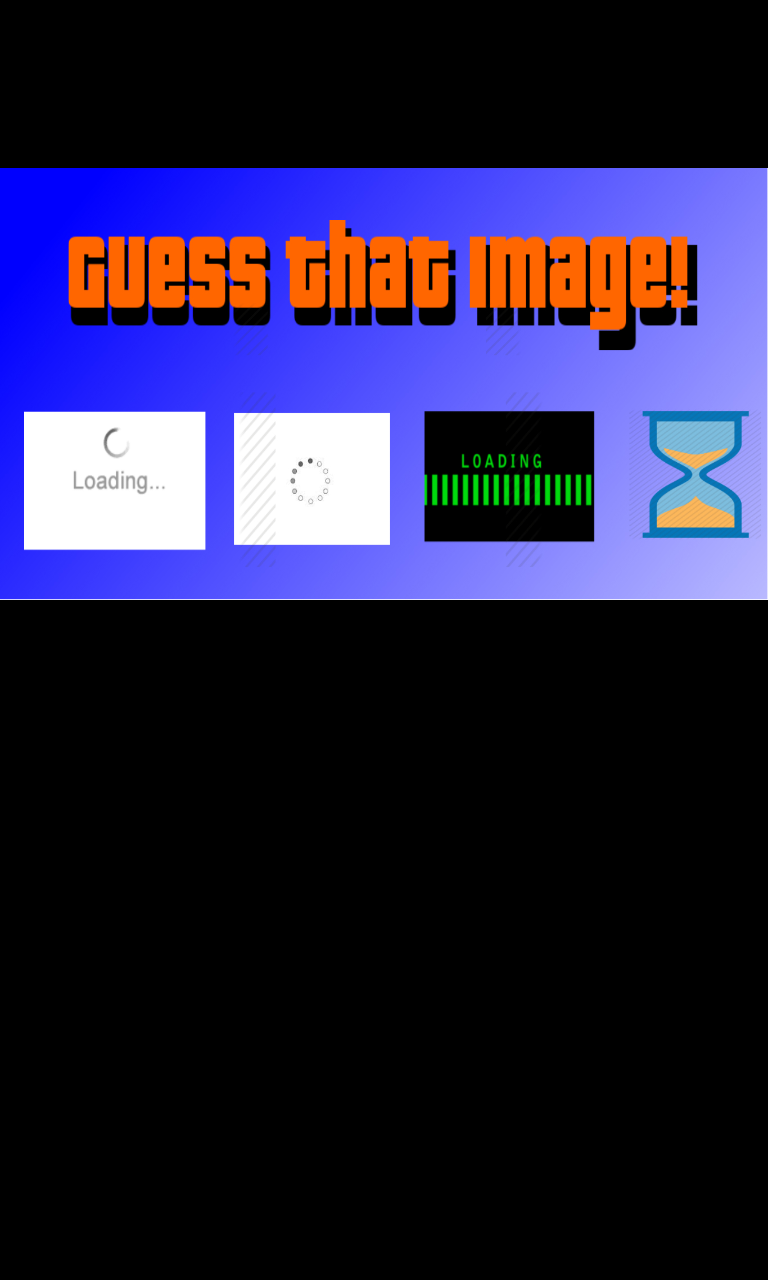
Repository: bdagostino/cse5236FinalProject
Layout: GuessThatImage/res/layout/activity_splash_screen.xml
The author's editor kept a copy of each file at every save. The layout is drawn from the files as they stood at one save, then again after the next save.
It is drawn on a 768 x 1280 px phone screen (xhdpi) without system bars, with theme AppTheme; the app's code is not run.

Above is the layout before, as saved 2014-07-03 21:27:01.

After the next save:
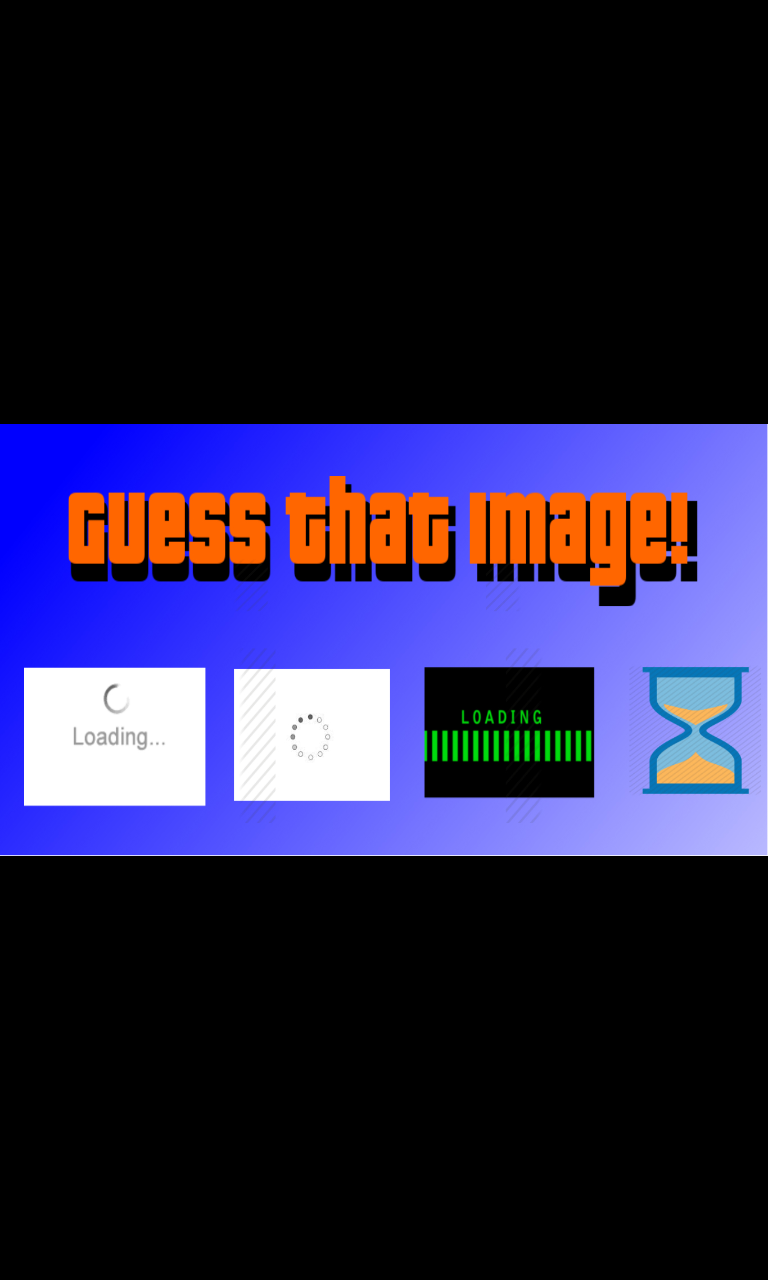
Saved 3 min 44 s later.
--- a/GuessThatImage/res/layout/activity_splash_screen.xml
+++ b/GuessThatImage/res/layout/activity_splash_screen.xml
@@ -11,8 +11,9 @@
     <ImageView
         android:id="@+id/imageView1"
         android:layout_width="wrap_content"
-        android:layout_height="wrap_content"
-        android:layout_centerInParent="true"
+        android:layout_height="match_parent"
+        android:layout_alignParentLeft="true"
+        android:layout_centerVertical="true"
         android:src="@drawable/splash" />
 
 </RelativeLayout>
